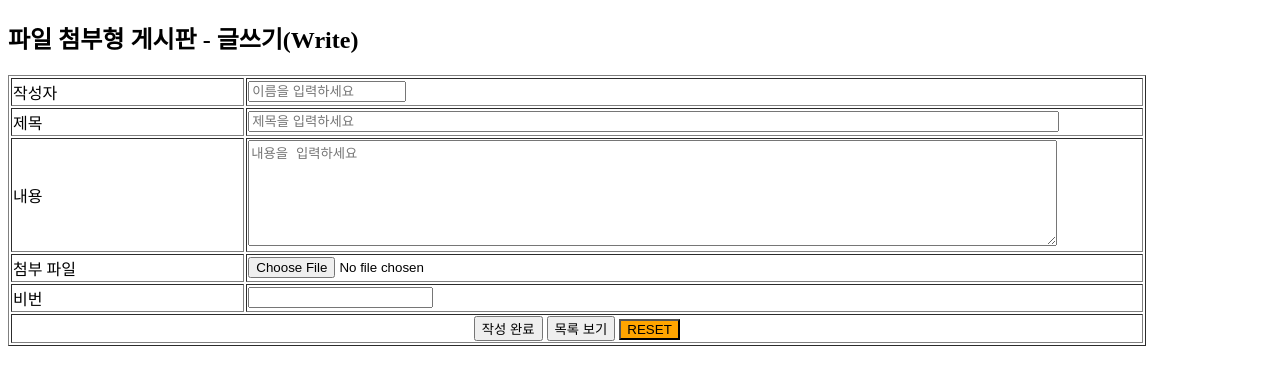
Repository: Jadedvst/Java_JSP-Servlet
Page: http://localhost/MustHaveJSP/mvcboard/edit.do
An editor plug-in stored every save of this project. The page is shown before and after the next save, followed by the edit.
The browser window is 1280 px wide. The pictures show the whole page.
The page is served by Tomcat 10. Other server files are loaded and not shown. Queries for data that is not in the repository find no rows.

Above is the page before, as saved 2023-12-27 07:08:21.

### MustHaveJSP/src/main/webapp/14MVCBoard/Edit.jsp
<%@ page language="java" contentType="text/html; charset=UTF-8"
    pageEncoding="UTF-8"%>
<%@ taglib prefix="c" uri="jakarta.tags.core"%>
<!DOCTYPE html>
<html>
<head>
<meta charset="UTF-8">

<script type="text/javascript">
	function validateForm(form){
		if(!form.name.value){
			alert("name please");
			form.name.focus();
			return false;
		}
		if(!form.title.value){
			alert("title please");
			form.title.focus();
			return false;
		}
		if(form.content.value==""){
			alert("content please");
			form.content.focus();
			return false;
		}
		if(form.pass.value==""){
			alert("password please");
			form.pass.focus();
			return false;
		}
	}
</script>

<title>파일 첨부형 게시판</title>
</head>
<body>
<h2>파일 첨부형 게시판 - 글쓰기(Write)</h2>
<form action="../mvcboard/write.do" method="post" name="writeFrm" enctype="multipart/form-data"
			onsubmit="return validateForm(this);"> <!-- false일시 출력 안됨 -->
	<table border="1" width="90%">
		<tr>
			<td>작성자</td>
			<td><input type="text" id="name" name="name" placeholder="이름을 입력하세요" style="width:150px;"/></td>
		</tr>
		<tr>
			<td>제목</td>
			<td><input type="text" id="title" name="title" placeholder="제목을 입력하세요" style="width:90%;"/></td>
		</tr>
		<tr>
			<td>내용</td>
			<td><textarea id="content" name="content" placeholder="내용을 입력하세요" style="width:90%;height:100px;"></textarea></td>
		</tr>
		<tr>
			<td>첨부 파일</td>
			<td><input type="file" id="ofile" name="ofile"/></td>
		</tr>
		<tr>
			<td>비번</td>
			<td><input type="password" id="pass" name="pass"/></td>
		</tr>
		<tr>
			<td colspan="2" align="center">
				<button type="submit">작성 완료</button>
				<button type="submit" onclick="location.href='../mvcboard/list.do';">목록 보기</button>
				<button type="reset" style="background-color:orange;">RESET</button>
			</td>
		</tr>
	</table>
</form>
</body>
</html>

### MustHaveJSP/src/main/java/model2/mvcboard/EditController.java
package model2.mvcboard;

import java.io.IOException;

import fileupload.FileUtil;
import jakarta.servlet.ServletException;
import jakarta.servlet.annotation.MultipartConfig;
import jakarta.servlet.annotation.WebServlet;
import jakarta.servlet.http.HttpServlet;
import jakarta.servlet.http.HttpServletRequest;
import jakarta.servlet.http.HttpServletResponse;
import jakarta.servlet.http.HttpSession;
import utils.JSFunction;

@WebServlet("/mvcboard/edit.do")
@MultipartConfig(
		maxFileSize = 1024 * 1024 * 1,
		maxRequestSize = 1024 * 1024 * 10
)
public class EditController extends HttpServlet {
	private static final long serialVersionUID = 1L;

	@Override
	protected void doGet(HttpServletRequest req, HttpServletResponse resp) throws ServletException, IOException {
		int idx = 0;
		String sidx = req.getParameter("idx");
		if(sidx!=null) idx = Integer.parseInt(sidx);
		MVCBoardDAO dao = new MVCBoardDAO();
		MVCBoardDTO dto = dao.selectView(idx);
		req.setAttribute("dto", dto);
		req.getRequestDispatcher("/14MVCBoard/Edit.jsp").forward(req, resp);
	}

	@Override
	protected void doPost(HttpServletRequest req, HttpServletResponse resp) throws ServletException, IOException {
		//1. File Upload ============
		// Check physical Upload Directory
		String saveDirectory = req.getServletContext().getRealPath("/Uploads");

		//File Upload
		String originalFileName = "";
		try {
			originalFileName = FileUtil.uploadFile(req, saveDirectory);
		}catch(Exception e) {
			JSFunction.alertBack(resp,"File Upload Error");
		}

		//2. Other  =================
		// Get Edited from Parameter
		int idx = 0;
		String sidx = req.getParameter("idx");
		if(sidx!=null) idx = Integer.parseInt(sidx);
		String prevOfile = req.getParameter("prevOfile");
		String prevSfile = req.getParameter("prevSfile");

//		String name = req.getParameter("name");
//		String title = req.getParameter("title");
//		String content = req.getParameter("content");
//
		// Get pwd from Session
		HttpSession session = req.getSession();
		String pass = (String)session.getAttribute("pass");

		// Save to DTO
		MVCBoardDTO dto = new MVCBoardDTO();
		dto.setIdx(idx);
		dto.setName(req.getParameter("name"));
		dto.setTitle(req.getParameter("title"));
		dto.setContent(req.getParameter("content"));
		dto.setPass(pass);

		// Set OriginalFileName and SavedFileName
		if(originalFileName!="") {
			//change if attached file exists
			String savedFileName = FileUtil.renameFile(saveDirectory, originalFileName);
			dto.setOfile(originalFileName);
			dto.setSfile(savedFileName);

			//Delete Original
			FileUtil.deleteFile(req, "/Uploads", prevSfile);
		}
		else {
			//Remain if no attached file
			dto.setOfile(prevOfile);
			dto.setSfile(prevSfile);
		}

		//Update edited content on DB by DAO
		MVCBoardDAO dao = new MVCBoardDAO();
		int result = dao.updatePost(dto);
		dao.close();

		if(result==1) {
			session.removeAttribute("pass");
			resp.sendRedirect("../mvcboard/view.do?idx="+sidx);
		}else {
			JSFunction.alertLocation(resp, "Wrong Password", "../mvcboard/view.do?idx="+sidx);
		}
	}
}

### MustHaveJSP/src/main/java/model2/mvcboard/MVCBoardDAO.java
package model2.mvcboard;
import java.sql.PreparedStatement;
import java.sql.ResultSet;
import java.sql.Statement;
import java.util.List;
import java.util.Map;
import java.util.Vector;

import common.JDBConnect;
import jakarta.servlet.ServletContext;




public class MVCBoardDAO extends JDBConnect {

	public MVCBoardDAO(String drv,String url, String id,String pw) {
		super(drv,url,id,pw);
	}

	public MVCBoardDAO(ServletContext application) {
		super(application);
	}

	public MVCBoardDAO() {
		super();
	}

	//검색 조건에 맞는 게시물의 갯수 반환
	public int selectCount(Map<String,Object> map) {
		int totalCnt =0; //게시물 수

		Statement st = null;
		ResultSet rs = null;

		String query = "SELECT COUNT(*) FROM mvcboard ";
		if(map.get("searchWord")!=null) {
			query+=" WHERE "  +map.get("searchField") + " "
				  +" LIKE '%" +map.get("searchWord")  + "%'";
		}

		try {
			st = getCon().createStatement();
			rs = st.executeQuery(query);
			rs.next();
			totalCnt = rs.getInt(1);
		}catch(Exception e) {
			System.out.println("게시물 수 구하는 중 예외 발생");
			e.printStackTrace();
		}
		return totalCnt;
	}

	public List<MVCBoardDTO> selectListPage(Map<String,Object> map) {
		//게시물 목록을 담을 변수
		List<MVCBoardDTO> bbs = new Vector<>();
		MVCBoardDTO dto =null;
		PreparedStatement ps = null;
		ResultSet rs = null;

		String query = " SELECT * FROM mvcboard ";

			if(map.get("searchWord")!=null) {
				query+=" WHERE "	+map.get("searchField")
					  +" LIKE '%"   +map.get("searchWord") + "%' ";
			}

				query += " ORDER BY idx DESC "
					  + " LIMIT ? , ?";//btw inparameter

		try {
			ps = getCon().prepareStatement(query);
			//Limit 는 위에 한계선 밑 한계선 이기에 -1,+1을 해줘야함
			int start = (int) map.get("start")-1;
			int end = ((int) map.get("end"))+1;
			ps.setInt(1,start);//start of inparameter
			ps.setInt(2,end);	//end of inparameter
			rs = ps.executeQuery();

			while(rs.next()) {
				dto = new MVCBoardDTO();
				dto.setIdx(rs.getInt(1));
				dto.setName(rs.getString(2));
				dto.setTitle(rs.getString(3));
				dto.setContent(rs.getString(4));
				dto.setPostdate(rs.getDate(5));
				dto.setOfile(rs.getString(6));
				dto.setSfile(rs.getString(7));
				dto.setDowncount(rs.getInt(8));
				dto.setPass(rs.getString(9));
				dto.setVisitcount(rs.getInt(10));

				bbs.add(dto);
			}

		}catch(Exception e) {
			System.out.println("게시물 조회 중 예외 발생");
			e.printStackTrace();
		}
		return bbs;
	}

	public int insertWrite(MVCBoardDTO dto) {
		int result = 0;

		String query = "INSERT INTO mvcboard(name,title,content,ofile,sfile,pass,downcount,visitcount) "
								 + " Values (?,?,?,?,?,?,0,0)";
		PreparedStatement ps = null;

		try {
			ps = getCon().prepareStatement(query);
			ps.setString(1, dto.getName());
			ps.setString(2, dto.getTitle());
			ps.setString(3, dto.getContent());
			ps.setString(4, dto.getOfile());
			ps.setString(5, dto.getSfile());
			ps.setString(6, dto.getPass());

			result = ps.executeUpdate();

		}catch(Exception e) {
			System.out.println("게시물 입력 중 예외 발생 ("+e.getMessage()+")");
			e.printStackTrace();
			return 0;
		}finally {
			try {
				if(ps!=null) ps.close();
			}catch(Exception e) {
				e.printStackTrace();
			}
		}
		return result;
	}

	public MVCBoardDTO selectView(int idx) {
		MVCBoardDTO dto = null;
		PreparedStatement ps = null;
		ResultSet rs = null;

		String query = "SELECT * "
				+ " FROM mvcboard"
				+ " WHERE idx=?";
		try {
			ps = getCon().prepareStatement(query);
			ps.setInt(1, idx);
			rs = ps.executeQuery();
			while(rs.next()) {
				dto = new MVCBoardDTO();
				dto.setIdx(rs.getInt(1));
				dto.setName(rs.getString(2));
				dto.setTitle(rs.getString(3));
				dto.setContent(rs.getString(4));
				dto.setPostdate(rs.getDate(5));
				dto.setOfile(rs.getString(6));
				dto.setSfile(rs.getString(7));
				dto.setDowncount(rs.getInt(8));
				dto.setPass(rs.getString(9));
				dto.setVisitcount(rs.getInt(10));
			}

		}catch(Exception e) {
			System.out.println("게시물 조회 중 예외 발생");
			e.printStackTrace();
		}
		return dto;
	}

	//======게시물 조회수 증가=======//
	public void updateVisitCount(int idx) {
		String query = "UPDATE mvcboard "
				+ " SET visitcount = visitcount+1 "
				+ " WHERE idx=?";
		PreparedStatement ps = null;
		try {
			ps = getCon().prepareStatement(query);
			ps.setInt(1, idx);
			ps.executeUpdate();

		}catch(Exception e) {
			System.out.println("조회수 증가 적용 중 에러 발생 ("+e.getMessage()+")");
			e.printStackTrace();
		}finally {
			try {
				if(ps!=null) ps.close();
			}catch(Exception e) {
				e.printStackTrace();
			}
		}
	}

	public void updateDownCount(int idx) {
		String query = "UPDATE mvcboard "
				+ " SET downcount = downcount+1 "
				+ " WHERE idx=?";
		PreparedStatement ps = null;
		try {
			ps = getCon().prepareStatement(query);
			ps.setInt(1, idx);
			ps.executeUpdate();

		}catch(Exception e) {
			System.out.println("다운로드수 증가 적용 중 에러 발생 ("+e.getMessage()+")");
			e.printStackTrace();
		}finally {
			try {
				if(ps!=null) ps.close();
			}catch(Exception e) {
				e.printStackTrace();
			}
		}
	}

	// Check if input password and the post's password match
	public boolean confirmPassword(String pass, int idx) {
		boolean isCorr = true;
		String query = "SELECT COUNT(*) "
				   + " FROM mvcboard "
				   + " WHERE pass=? AND idx=? ";
		PreparedStatement ps = null;
		ResultSet rs = null;
		try {
			ps = getCon().prepareStatement(query);
			ps.setString(1, pass);
			ps.setInt(2, idx);
			rs = ps.executeQuery();
			rs.next();
			if(rs.getInt(1)==0) {
				isCorr = false;
			}

		}catch(Exception e) {
			isCorr = false;
			e.printStackTrace();
		}
		return isCorr;
	}

	//Delete Post
	public int deletePost(int idx) {
		int result = 0;
		String query = "DELETE FROM mvcboard "
					 + " WHERE idx=?";
		PreparedStatement ps = null;
		try {
			ps = getCon().prepareStatement(query);
			ps.setInt(1, idx);
			result = ps.executeUpdate();

		}catch(Exception e) {
			System.out.println("삭제 중 에러 발생 ("+e.getMessage()+")");
			e.printStackTrace();
		}finally {
			try {
				if(ps!=null) ps.close();
			}catch(Exception e) {
				e.printStackTrace();
			}
		}
		return result;
	}

	public void updatePost(MVCBoardDTO dto) {
		int result = 0;
		String query = "UPDATE mvcboard "
				 	 + " SET title=?,name=?,content=?,ofile=?,sfile=? "
					 + " WHERE idx=? and pass=?";
		PreparedStatement ps = null;
		try {
			ps = getCon().prepareStatement(query);
			ps.setString(1, dto.getTitle());
			ps.setString(2, dto.getName());
			ps.setString(3, dto.getContent());
			ps.setString(4, dto.getOfile());
			ps.setString(5, dto.getSfile());
			ps.setInt(6, dto.getIdx());
			ps.setString(7, dto.getPass());
			result = ps.executeUpdate();

		}catch(Exception e) {
			System.out.println("게시물 수정 중 에러 발생 ("+e.getMessage()+")");
			e.printStackTrace();
		}finally {
			try {
				if(ps!=null) ps.close();
			}catch(Exception e) {
				e.printStackTrace();
			}
		}
	}
}

After the next save:
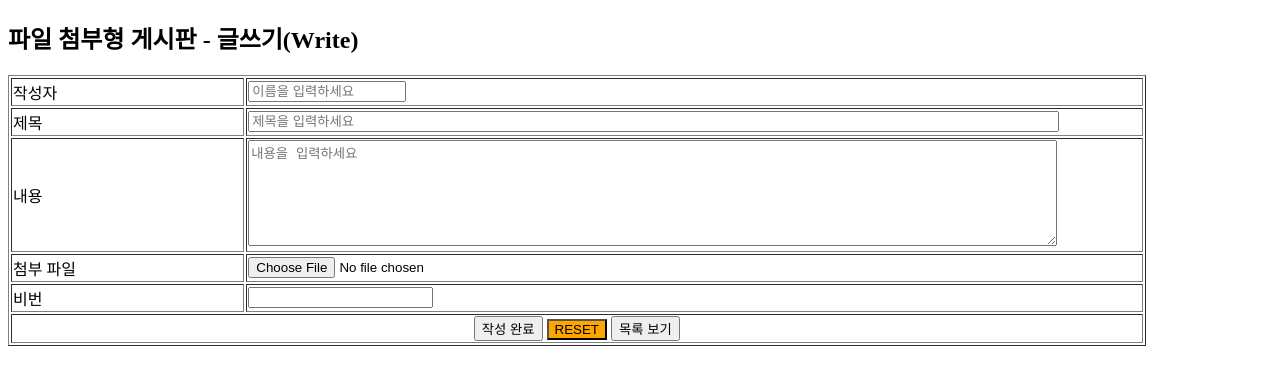
Saved 58 s later.
--- a/MustHaveJSP/src/main/webapp/14MVCBoard/Edit.jsp
+++ b/MustHaveJSP/src/main/webapp/14MVCBoard/Edit.jsp
@@ -61,8 +61,8 @@
 		<tr>
 			<td colspan="2" align="center">
 				<button type="submit">작성 완료</button>
+				<button type="reset" style="background-color:orange;">RESET</button>
 				<button type="submit" onclick="location.href='../mvcboard/list.do';">목록 보기</button>
-				<button type="reset" style="background-color:orange;">RESET</button>
 			</td>
 		</tr>
 	</table>
